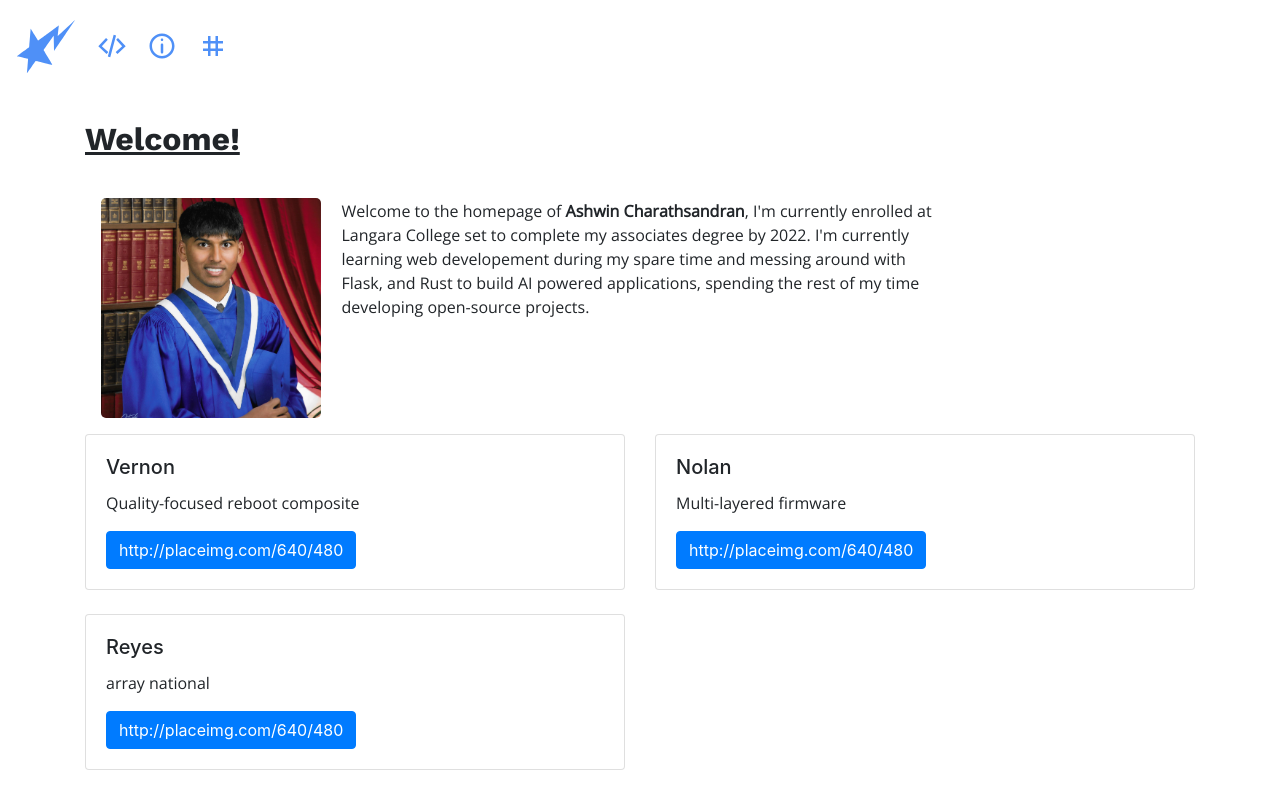
Repository: xxiz/ashwin.lol_flask
Page: http://localhost/
The author's editor kept a copy of each file at every save. The page is drawn from the files as they stood at one save, then again after the next save.
The browser window is 1280 px wide. The pictures show the whole page.
The page is served by the project's application, run on Flask 3 (app.py).

Above is the page before, as saved 2021-09-03 07:03:45.

After the next save:
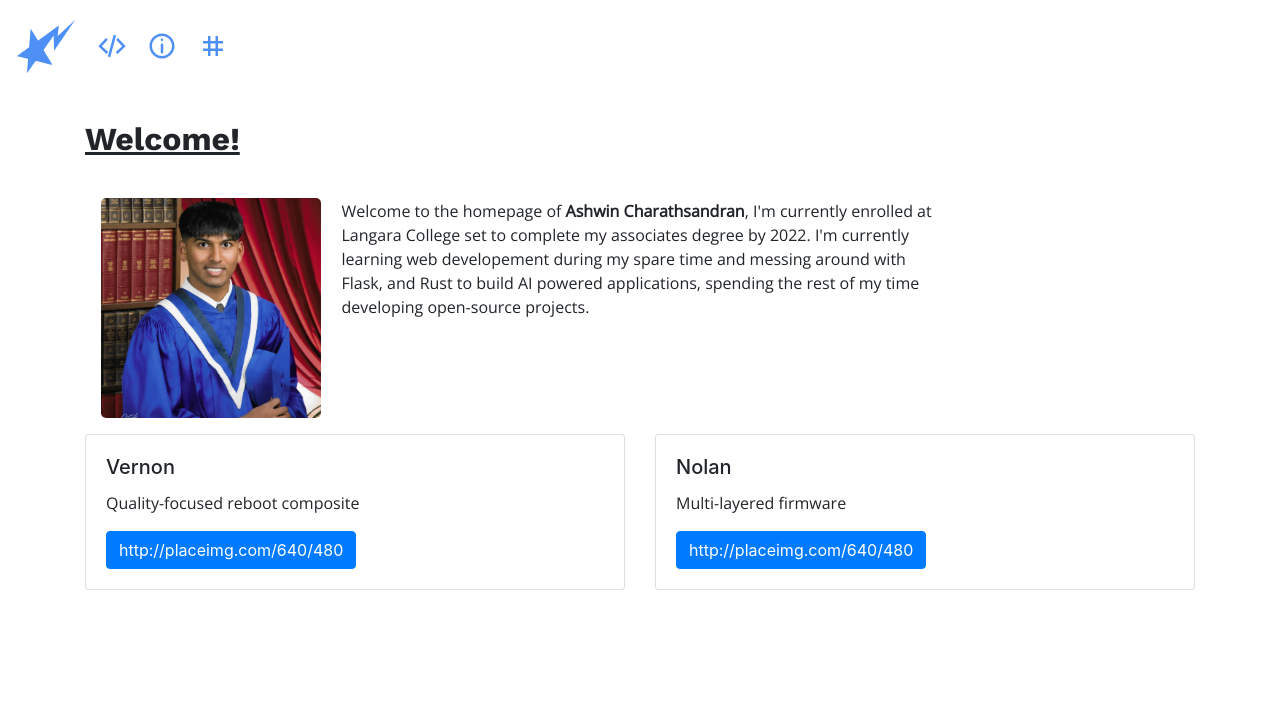
Saved 12 s later.
--- a/web/content.py
+++ b/web/content.py
@@ -15,7 +15,7 @@ with open('web/projects.json', 'r') as file:
 def index_page():
     return render_template('index.html',
     title = prefix + "Welcome!",
-    sample_projects = projects[0:3],
+    sample_projects = projects[0:2],
     preview_title = preview_title,
     preview_image = preview_image,
     preview_message = preview_message)
